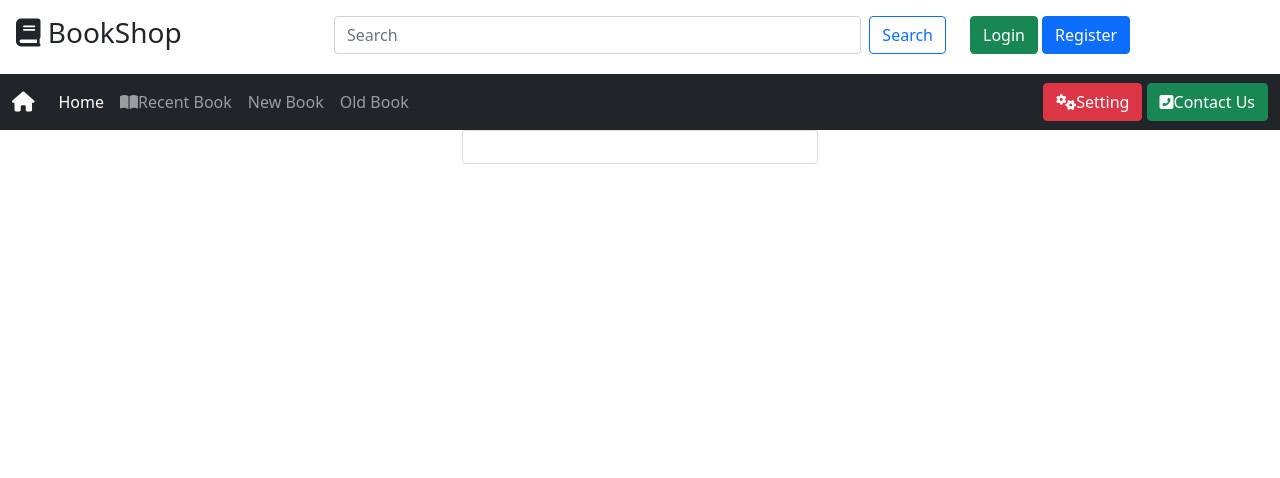
Repository: Abhishekverma23797/BookShopApp
Page: http://localhost/Ebook-App/Register.jsp
An editor plug-in stored every save of this project. The page is shown before and after the next save, followed by the edit.
The browser window is 1280 px wide. The pictures show the whole page.
The page is served by Tomcat 9. Other server files are loaded and not shown.

Above is the page before, as saved 2021-12-07 11:42:53.

### Ebook-App/src/main/webapp/Register.jsp
<%@ page language="java" contentType="text/html; charset=ISO-8859-1"
	pageEncoding="ISO-8859-1"%>
<!DOCTYPE html>
<html>
<head>
<meta charset="ISO-8859-1">
<title>BookShop: Register</title>
<%@include file="All_Component/AllCss.jsp"%>
</head>
<body>
	<%@include file="All_Component/navbar.jsp"%>


	<div class="container">
		<div class="row">
			<div class="col-md-4 offset-md-4">
			 <div class="card">

			 <div class="card-body">


			 </div>
			 </div>

			</div>
		</div>
	</div>
</body>
</html>

### Ebook-App/src/main/webapp/All_Component/AllCss.jsp
<!-- CSS only -->
<link
	href="https://cdn.jsdelivr.net/npm/bootstrap@5.1.3/dist/css/bootstrap.min.css"
	rel="stylesheet"
	integrity="sha384-1BmE4kWBq78iYhFldvKuhfTAU6auU8tT94WrHftjDbrCEXSU1oBoqyl2QvZ6jIW3"
	crossorigin="anonymous">


<!-- JavaScript Bundle with Popper -->
<script
	src="https://cdn.jsdelivr.net/npm/bootstrap@5.1.3/dist/js/bootstrap.bundle.min.js"
	integrity="sha384-ka7Sk0Gln4gmtz2MlQnikT1wXgYsOg+OMhuP+IlRH9sENBO0LRn5q+8nbTov4+1p"
	crossorigin="anonymous"></script>


<link rel="stylesheet"
	href="https://cdnjs.cloudflare.com/ajax/libs/font-awesome/6.0.0-beta3/css/all.min.css"
	integrity="sha512-Fo3rlrZj/k7ujTnHg4CGR2D7kSs0v4LLanw2qksYuRlEzO+tcaEPQogQ0KaoGN26/zrn20ImR1DfuLWnOo7aBA=="
	crossorigin="anonymous" referrerpolicy="no-referrer" />

<link rel="stylesheet" href="All_Component/style.css">

### Ebook-App/src/main/webapp/All_Component/navbar.jsp

<div class="container-fluid p-3">


	<div class="row">

		<div class="col-md-3">

			<h3>

				<i class="fas fa-book"></i> BookShop
			</h3>
		</div>

		<div class="col-md-6">
			<form class="d-flex">
				<input class="form-control me-2 my-lg-0" type="search"
					placeholder="Search" aria-label="Search">
				<button class="btn btn-outline-primary" type="submit">Search</button>
			</form>
		</div>

		<div class="col-md-3">

			<a href="" class="btn btn-success">Login</a> <a href="Register.jsp"
				class="btn btn-primary">Register</a>

		</div>

	</div>

</div>
<nav class="navbar navbar-expand-lg navbar-dark bg-dark bg-custom">
	<div class="container-fluid">
		<a class="navbar-brand" href="#"><i class="fas fa-home"></i></a>
		<button class="navbar-toggler" type="button" data-bs-toggle="collapse"
			data-bs-target="#navbarSupportedContent"
			aria-controls="navbarSupportedContent" aria-expanded="false"
			aria-label="Toggle navigation">
			<span class="navbar-toggler-icon"></span>
		</button>
		<div class="collapse navbar-collapse" id="navbarSupportedContent">
			<ul class="navbar-nav me-auto mb-2 mb-lg-0">
				<li class="nav-item"><a class="nav-link active"
					aria-current="page" href="#"> Home</a></li>

				<li class="nav-item"><a class="nav-link" href="#"><i
						class="fas fa-book-open"></i>Recent Book</a></li>

				<li class="nav-item"><a class="nav-link" href="#">New Book</a></li>

				<li class="nav-item"><a class="nav-link" href="#">Old Book</a>
				</li>
			</ul>
			<form class="from-inline my-2 my-lg-0">
				<button class="btn btn-danger my-2 my-sm-0 ml-1" type="submit">
					<i class="fas fa-cogs"></i>Setting
				</button>
				<button class="btn btn-success" type="submit">
					<i class="fas fa-phone-square-alt"></i>Contact Us
				</button>
			</form>
		</div>
	</div>
</nav>

### Ebook-App/src/main/webapp/All_Component/style.css

.bg-custom{

	background-color: #303f9f;
}

.navbar .nav-item:hover  {

	background-color: black;
	color: blue;
	border-radius: 20px

}

After the next save:
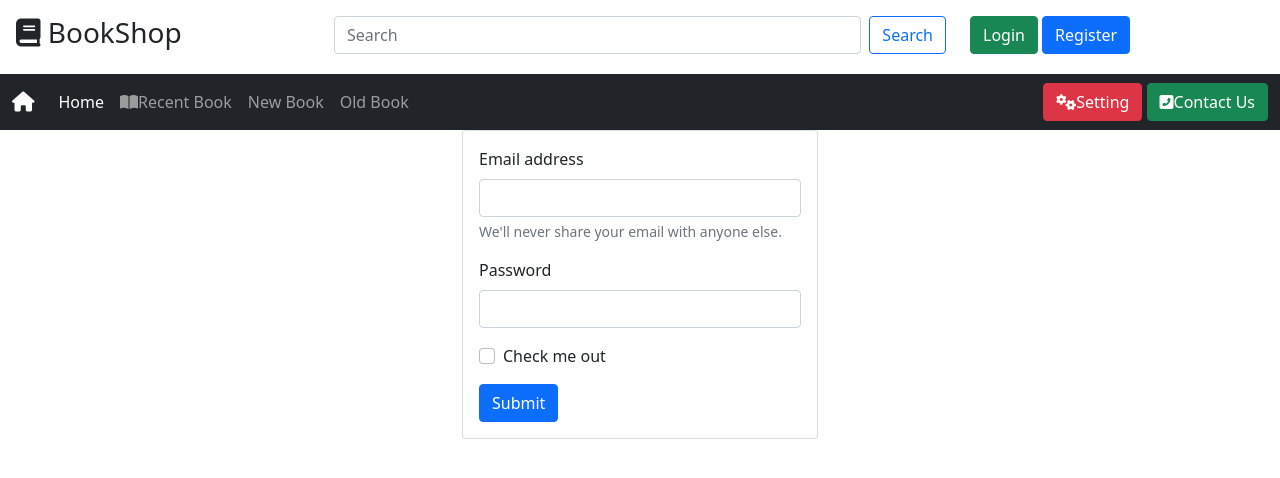
Saved 97 s later.
--- a/Ebook-App/src/main/webapp/Register.jsp
+++ b/Ebook-App/src/main/webapp/Register.jsp
@@ -14,13 +14,32 @@
 	<div class="container">
 		<div class="row">
 			<div class="col-md-4 offset-md-4">
-			 <div class="card">
+				<div class="card">
 
-			 <div class="card-body">
+					<div class="card-body">
 
-
-			 </div>
-			 </div>
+						<form>
+							<div class="mb-3">
+								<label for="exampleInputEmail1" class="form-label">Email
+									address</label> <input type="email" class="form-control"
+									id="exampleInputEmail1" aria-describedby="emailHelp">
+								<div id="emailHelp" class="form-text">We'll never share
+									your email with anyone else.</div>
+							</div>
+							<div class="mb-3">
+								<label for="exampleInputPassword1" class="form-label">Password</label>
+								<input type="password" class="form-control"
+									id="exampleInputPassword1">
+							</div>
+							<div class="mb-3 form-check">
+								<input type="checkbox" class="form-check-input"
+									id="exampleCheck1"> <label class="form-check-label"
+									for="exampleCheck1">Check me out</label>
+							</div>
+							<button type="submit" class="btn btn-primary">Submit</button>
+						</form>
+					</div>
+				</div>
 
 			</div>
 		</div>
